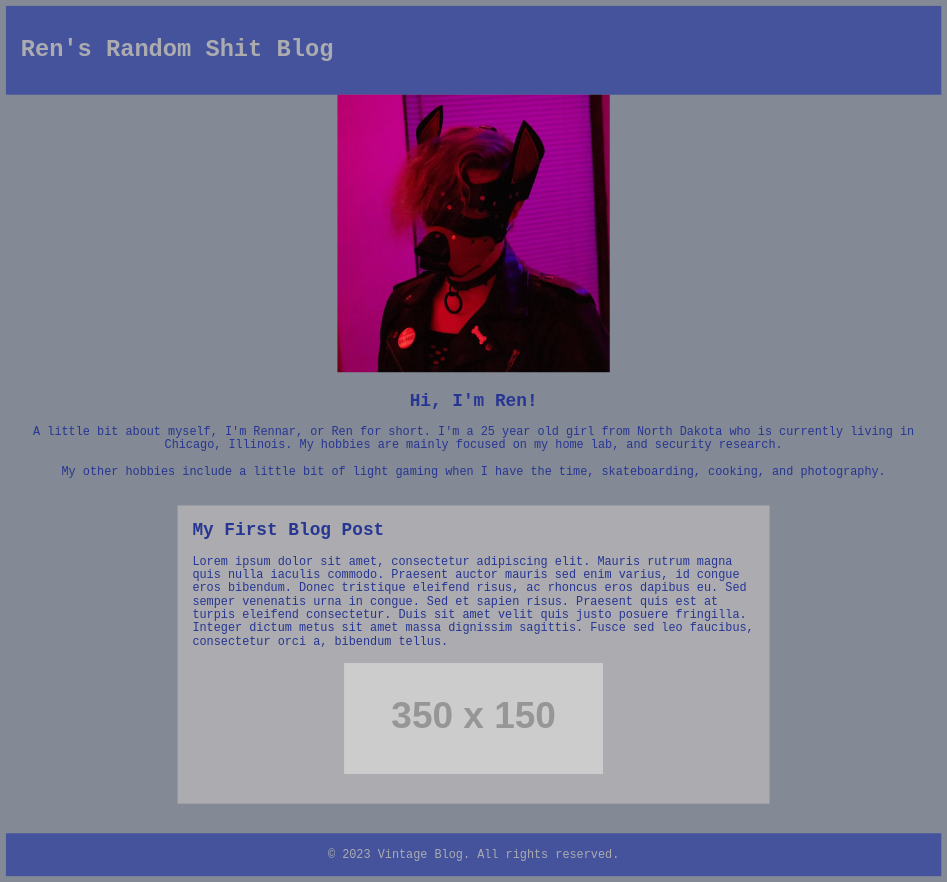
Repository: RennarDeer/RenDev
Page: index.html
An editor plug-in stored every save of this project. The page is shown before and after the next save, followed by the edit.
The browser window is 1280 px wide. The pictures show the whole page, at 74% of full size.

Above is the page before, as saved 2023-02-14 22:17:30.

After the next save:
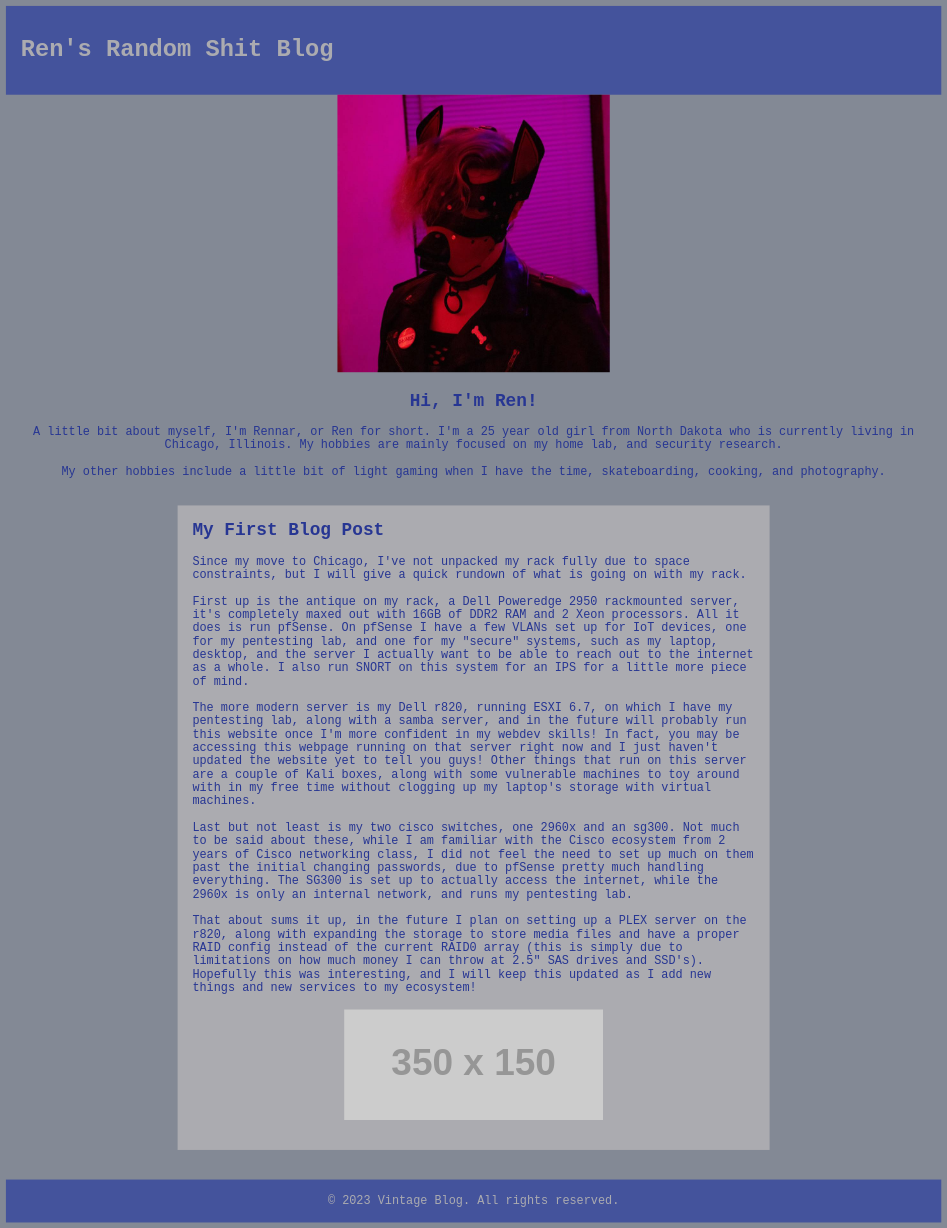
Saved 71 s later.
--- a/index.html
+++ b/index.html
@@ -25,9 +25,42 @@
     <main>
       <article>
         <h2>My First Blog Post</h2>
-        <p>
-          Lorem ipsum dolor sit amet, consectetur adipiscing elit. Mauris rutrum magna quis nulla iaculis commodo. Praesent auctor mauris sed enim varius, id congue eros bibendum. Donec tristique eleifend risus, ac rhoncus eros dapibus eu. Sed semper venenatis urna in congue. Sed et sapien risus. Praesent quis est at turpis eleifend consectetur. Duis sit amet velit quis justo posuere fringilla. Integer dictum metus sit amet massa dignissim sagittis. Fusce sed leo faucibus, consectetur orci a, bibendum tellus.
-        </p>
+        Since my move to Chicago, I've not unpacked my rack fully due to space constraints, but I will
+                        give a quick rundown of what is going on with my rack.
+
+                            <br><br>
+
+
+                        First up is the antique on my rack, a Dell Poweredge 2950 rackmounted server, it's completely
+                        maxed out with 16GB of DDR2 RAM and 2 Xeon processors. All it does is run pfSense. On pfSense
+                        I have a few VLANs set up for IoT devices, one for my pentesting lab, and one for my "secure"
+                        systems, such as my laptop, desktop, and the server I actually want to be able to reach out
+                        to the internet as a whole. I also run SNORT on this system for an IPS for a little more piece
+                        of mind.
+
+                            <br><br>
+
+                        The more modern server is my Dell r820, running ESXI 6.7, on which I have my pentesting lab,
+                        along with a samba server, and in the future will probably run this website once I'm more confident
+                        in my webdev skills! In fact, you may be accessing this webpage running on that server right now and
+                        I just haven't updated the website yet to tell you guys! Other things that run on this server are a
+                        couple of Kali boxes, along with some vulnerable machines to toy around with in my free time without
+                        clogging up my laptop's storage with virtual machines.
+
+                            <br><br>
+
+                        Last but not least is my two cisco switches, one 2960x and an sg300. Not much to be said about these,
+                        while I am familiar with the Cisco ecosystem from 2 years of Cisco networking class, I did not feel
+                        the need to set up much on them past the initial changing passwords, due to pfSense pretty much handling
+                        everything. The SG300 is set up to actually access the internet, while the 2960x is only an internal
+                        network, and runs my pentesting lab.
+
+                            <br><br>
+
+                        That about sums it up, in the future I plan on setting up a PLEX server on the r820, along with expanding
+                        the storage to store media files and have a proper RAID config instead of the current RAID0 array (this is
+                        simply due to limitations on how much money I can throw at 2.5" SAS drives and SSD's). Hopefully this was
+                        interesting, and I will keep this updated as I add new things and new services to my ecosystem!
         <img src="https://via.placeholder.com/350x150" alt="Blog Post Image">
       </article>
     </main>
